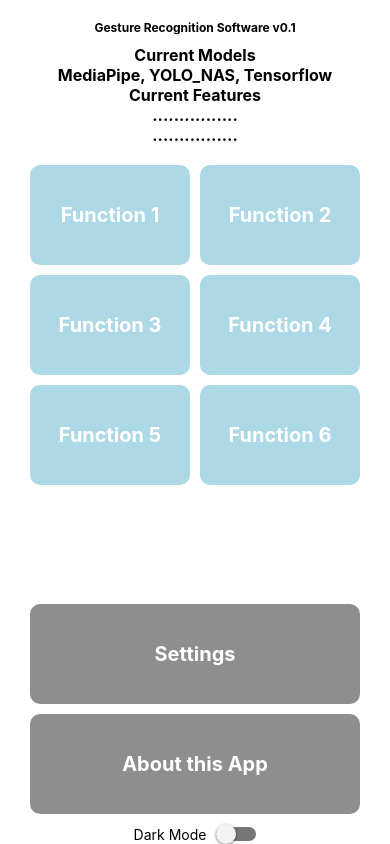
Repository: hajin-park/V-QUIP
Page: / (app in frontend/react-native-app/)
The author's editor kept a copy of each file at every save. The page is drawn from the files as they stood at one save, then again after the next save.
The browser window is 390 px wide. The pictures show the whole page.
The app was drawn by React Native's web renderer in a window 390 px wide. The project was rebuilt for these pictures with package versions that can differ from the ones it lists, and the page was loaded fresh each time.

Above is the page before, as saved 2024-04-08 00:09:53.

After the next save:
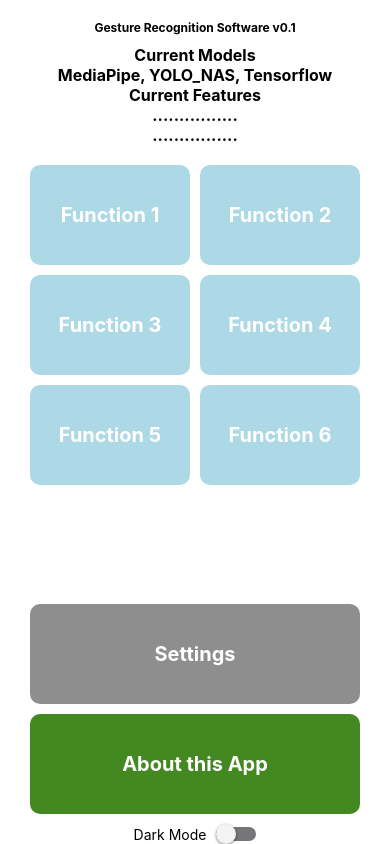
Saved 2 min 5 s later.
--- a/frontend/react-native-app/App.js
+++ b/frontend/react-native-app/App.js
@@ -130,7 +130,7 @@ const styles = StyleSheet.create({
   box3: {
     width: 330,
     height: 100,
-    backgroundColor: '#8e8e8e', // Light blue color
+    backgroundColor: '#448822', // Light blue color
     borderRadius: 10, // Rounded edges
     alignItems: 'center',
     justifyContent: 'center',
